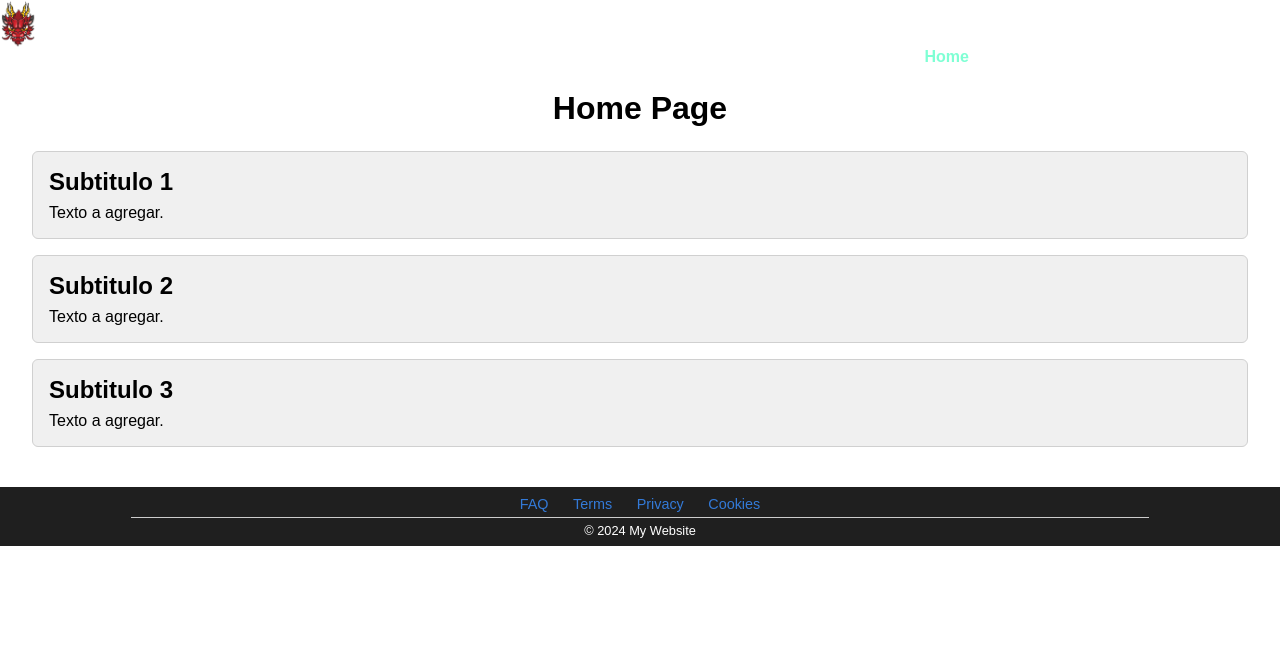
Repository: andreamm-lab/basic-navigation-example-2025-10
Page: index.html
These files come from the project's save history. The page is drawn as it stood at one moment and after the next save; the edit follows.
The browser window is 1280 px wide. The pictures show the whole page.

Above is the page before, as saved 2025-11-06 19:43:27.

After the next save:
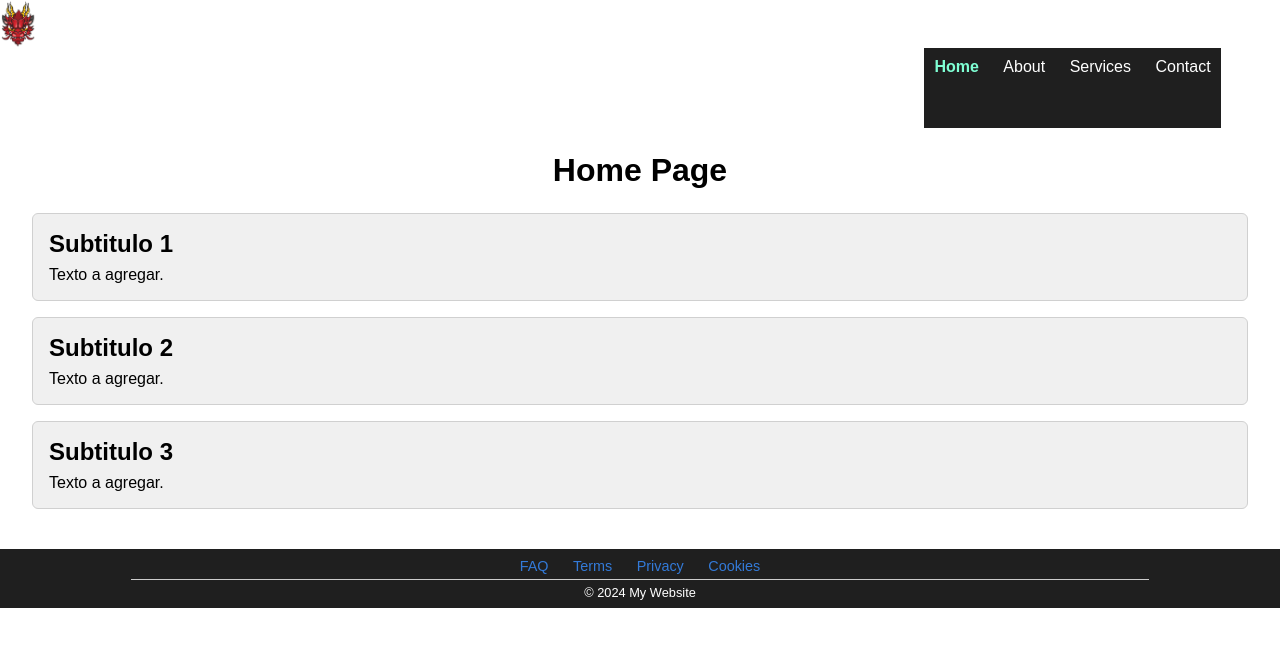
Saved 8 s later.
--- a/main.css
+++ b/main.css
@@ -19,7 +19,7 @@ body {
 
 /* background box and colors */
 /* nav: means both header and footer */
-#main header nav ul {
+header nav ul {
     padding: 10px 10px;
     min-height: 80px;
     background-color: #1F1F1F;
